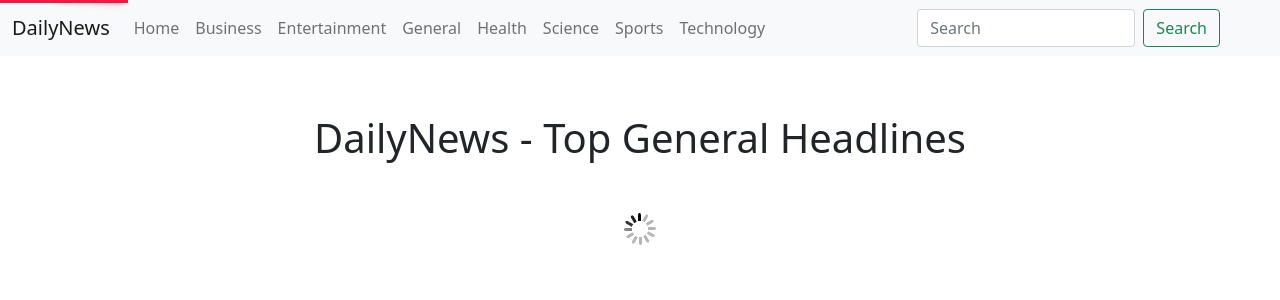
Repository: Bikki084/Daily_News
Page: /
These files come from the project's save history. The page is drawn as it stood at one moment and after a run of saves; the edit follows.
The browser window is 1280 px wide. The pictures show the whole page.
The page's requests for data from a server got no answer. The project was rebuilt for these pictures with package versions that can differ from the ones it lists, and the page was loaded fresh each time. No one was signed in, and anything a server would have sent is missing. Also part of the build but not shown: src/App.css, src/components/NewsItem.js.

Above is the page before, as saved 2021-12-21 23:48:49.

### public/index.html
<!DOCTYPE html>
<html lang="en">
  <head>
    <meta charset="utf-8" />
    <link rel="icon" href="%PUBLIC_URL%/favicon.ico" />
    <meta name="viewport" content="width=device-width, initial-scale=1" />
    <meta name="theme-color" content="#000000" />
    <meta
      name="description"
      content="DailyNews is a news app which can be used to grab quick daily news bites. If you are interested in news, weather, politics and sports news, newsmonkey is for you!"
    />
    <link rel="apple-touch-icon" href="%PUBLIC_URL%/logo192.png" />
    <!--
      manifest.json provides metadata used when your web app is installed on a
      user's mobile device or desktop. See https://developers.google.com/web/fundamentals/web-app-manifest/
    -->
    <link rel="manifest" href="%PUBLIC_URL%/manifest.json" />
    <link href="https://cdn.jsdelivr.net/npm/bootstrap@5.1.0/dist/css/bootstrap.min.css" rel="stylesheet" integrity="sha384-KyZXEAg3QhqLMpG8r+8fhAXLRk2vvoC2f3B09zVXn8CA5QIVfZOJ3BCsw2P0p/We" crossorigin="anonymous">
    <!--
      Notice the use of %PUBLIC_URL% in the tags above.
      It will be replaced with the URL of the `public` folder during the build.
      Only files inside the `public` folder can be referenced from the HTML.

      Unlike "/favicon.ico" or "favicon.ico", "%PUBLIC_URL%/favicon.ico" will
      work correctly both with client-side routing and a non-root public URL.
      Learn how to configure a non-root public URL by running `npm run build`.
    -->
    <title>DailyNews - Get your daily dose of news for free!</title>
  </head>
  <body>
    <noscript>You need to enable JavaScript to run this app.</noscript>
    <div id="root"></div>
    <!--
      This HTML file is a template.
      If you open it directly in the browser, you will see an empty page.

      You can add webfonts, meta tags, or analytics to this file.
      The build step will place the bundled scripts into the <body> tag.

      To begin the development, run `npm start` or `yarn start`.
      To create a production bundle, use `npm run build` or `yarn build`.
    -->
    <script src="https://cdn.jsdelivr.net/npm/@popperjs/core@2.9.3/dist/umd/popper.min.js" integrity="sha384-eMNCOe7tC1doHpGoWe/6oMVemdAVTMs2xqW4mwXrXsW0L84Iytr2wi5v2QjrP/xp" crossorigin="anonymous"></script>
    <script src="https://cdn.jsdelivr.net/npm/bootstrap@5.1.0/dist/js/bootstrap.min.js" integrity="sha384-cn7l7gDp0eyniUwwAZgrzD06kc/tftFf19TOAs2zVinnD/C7E91j9yyk5//jjpt/" crossorigin="anonymous"></script>
  </body>
</html>

### src/App.js
import './App.css';
import Search from './components/Search';
import React, { useState } from 'react'
import NavBar from './components/NavBar';
import News from './components/News';
import {BrowserRouter as Router, Switch, Route} from "react-router-dom";
import LoadingBar from 'react-top-loading-bar'

const App = ()=> {
  const pageSize = 5;
  const apiKey = process.env.REACT_APP_NEWS_API
  // const apiKey = "fe00171e9be447c891c180edc15dc131"
  const [progress, setProgress] = useState(0)

    return (
      <div>
        <Router>
        <NavBar/>
        <Search/>
        <LoadingBar
        height={3}
        color='#f11946'
        progress={progress}
      />
        <Switch>
          <Route exact path="/"><News setProgress={setProgress} apiKey={apiKey} key="general" pageSize={pageSize} country="in" category="general"/></Route>
          <Route exact path="/business"><News setProgress={setProgress} apiKey={apiKey} key="business" pageSize={pageSize} country="in" category="business"/></Route>
          <Route exact path="/entertainment"><News setProgress={setProgress} apiKey={apiKey} key="entertainment" pageSize={pageSize} country="in" category="entertainment"/></Route>
          <Route exact path="/general"><News setProgress={setProgress} apiKey={apiKey} key="general" pageSize={pageSize} country="in" category="general"/></Route>
          <Route exact path="/health"><News setProgress={setProgress} apiKey={apiKey} key="health" pageSize={pageSize} country="in" category="health"/></Route>
          <Route exact path="/science"><News setProgress={setProgress} apiKey={apiKey} key="science" pageSize={pageSize} country="in" category="science"/></Route>
          <Route exact path="/sports"><News setProgress={setProgress} apiKey={apiKey} key="sports" pageSize={pageSize} country="in" category="sports"/></Route>
          <Route exact path="/technology"><News setProgress={setProgress} apiKey={apiKey} key="technology" pageSize={pageSize} country="in" category="technology"/></Route>

        </Switch>
        </Router>
      </div>
    )

}

export default App;

### src/components/Search.js
import React from 'react'

const Search = () => {
    return (
    <div>Hello world!</div>
    )
}

export default Search;

### src/components/NavBar.js
import React from 'react'
import { Link } from "react-router-dom";

const NavBar = () => {

    return (
        <div>
            <nav className="navbar fixed-top navbar-expand-lg navbar-light bg-light">
                <div className="container-fluid">
                    <Link className="navbar-brand" to="/">DailyNews</Link>
                    <button className="navbar-toggler" type="button" data-bs-toggle="collapse" data-bs-target="#navbarSupportedContent" aria-controls="navbarSupportedContent" aria-expanded="false" aria-label="Toggle navigation">
                        <span className="navbar-toggler-icon"></span>
                    </button>
                    <div className="collapse navbar-collapse" id="navbarSupportedContent">
                        <ul className="navbar-nav me-auto mb-2 mb-lg-0">
                            <li className="nav-item">
                                <Link className="nav-link" aria-current="page" to="/">Home</Link>
                            </li>
                            <li className="nav-item"><Link className="nav-link" to="/business">Business</Link></li>
                            <li className="nav-item"><Link className="nav-link" to="/entertainment">Entertainment</Link></li>
                            <li className="nav-item"><Link className="nav-link" to="/general">General</Link></li>
                            <li className="nav-item"><Link className="nav-link" to="/health">Health</Link></li>
                            <li className="nav-item"><Link className="nav-link" to="/science">Science</Link></li>
                            <li className="nav-item"><Link className="nav-link" to="/sports">Sports</Link></li>
                            <li className="nav-item"><Link className="nav-link" to="/technology">Technology</Link></li>
                        </ul>
                        <form className="d-flex mx-5" method = "get"> <Link className="d-flex mx-5" to = "/Search"> </Link>
                            <input class="form-control me-2" type="search" placeholder="Search" aria-label="Search"/>
                                <button class="btn btn-outline-success" type="submit">Search</button>
                        </form>
                    </div>
                </div>
            </nav>
        </div>
    )

}

export default NavBar

### src/components/News.js
import React, {useEffect, useState} from 'react'

import NewsItem from './NewsItem'
import Spinner from './Spinner';
import PropTypes from 'prop-types'
import InfiniteScroll from "react-infinite-scroll-component";

const News = (props)=>{
    const [articles, setArticles] = useState([])
    const [loading, setLoading] = useState(true)
    const [page, setPage] = useState(1)
    const [totalResults, setTotalResults] = useState(0)

    const capitalizeFirstLetter = (string) => {
        return string.charAt(0).toUpperCase() + string.slice(1);
    }

    const updateNews = async ()=> {
        props.setProgress(10);
        const url = `https://newsapi.org/v2/top-headlines?country=${props.country}&category=${props.category}&apiKey=${props.apiKey}&page=${page}&pageSize=${props.pageSize}`;
        setLoading(true)
        let data = await fetch(url);
        props.setProgress(30);
        let parsedData = await data.json()
        props.setProgress(70);
        setArticles(parsedData.articles)
        setTotalResults(parsedData.totalResults)
        setLoading(false)
        props.setProgress(100);
    }

    useEffect(() => {
        document.title = `${capitalizeFirstLetter(props.category)} - DailyNews`;
        updateNews();
        // eslint-disable-next-line
    }, [])


    const fetchMoreData = async () => {
        const url = `https://newsapi.org/v2/top-headlines?country=${props.country}&category=${props.category}&apiKey=${props.apiKey}&page=${page+1}&pageSize=${props.pageSize}`;
        setPage(page+1)
        let data = await fetch(url);
        let parsedData = await data.json()
        setArticles(articles.concat(parsedData.articles))
        setTotalResults(parsedData.totalResults)
      };

        return (
            <>
                <h1 className="text-center" style={{ margin: '35px 0px', marginTop: '90px' }}>DailyNews - Top {capitalizeFirstLetter(props.category)} Headlines</h1>
                {loading && <Spinner />}
                <InfiniteScroll
                    dataLength={articles.length}
                    next={fetchMoreData}
                    hasMore={articles.length !== totalResults}
                    loader={<Spinner/>}>
                    <div className="container">

                    <div className="row">
                        {articles.map((element) => {
                            return <div className="col-md-4" key={element.url}>
                                <NewsItem title={element.title ? element.title : ""} description={element.description ? element.description : ""} imageUrl={element.urlToImage} newsUrl={element.url} author={element.author} date={element.publishedAt} source={element.source.name} />
                            </div>
                        })}
                    </div>
                    </div>
                </InfiniteScroll>
            </>
        )

}


News.defaultProps = {
    country: 'in',
    pageSize: 8,
    category: 'general',
}

News.propTypes = {
    country: PropTypes.string,
    pageSize: PropTypes.number,
    category: PropTypes.string,
}

export default News

Loaded but not shown: src/index.js (common file); src/reportWebVitals.js (common file); src/components/Spinner.js (common file); src/index.css (no stored copy; drawn as an empty file)

After the next 2 saves:
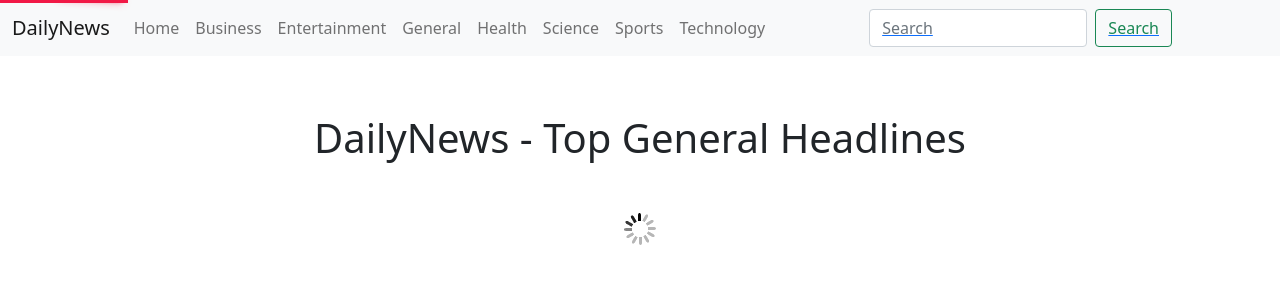
The 2 saves are shown as one change because 1 did not build or start.
The last was saved 27 s later.
--- a/src/components/NavBar.js
+++ b/src/components/NavBar.js
@@ -24,10 +24,10 @@ const NavBar = () => {
                             <li className="nav-item"><Link className="nav-link" to="/sports">Sports</Link></li>
                             <li className="nav-item"><Link className="nav-link" to="/technology">Technology</Link></li>
                         </ul>
-                        <form className="d-flex mx-5" method = "get"> <Link className="d-flex mx-5" to = "/Search"> </Link>
+                        <form className="d-flex mx-5" method = "get"> <Link className="d-flex mx-5" to = "/Search">
                             <input class="form-control me-2" type="search" placeholder="Search" aria-label="Search"/>
                                 <button class="btn btn-outline-success" type="submit">Search</button>
-                        </form>
+                                </Link> </form>
                     </div>
                 </div>
             </nav>
